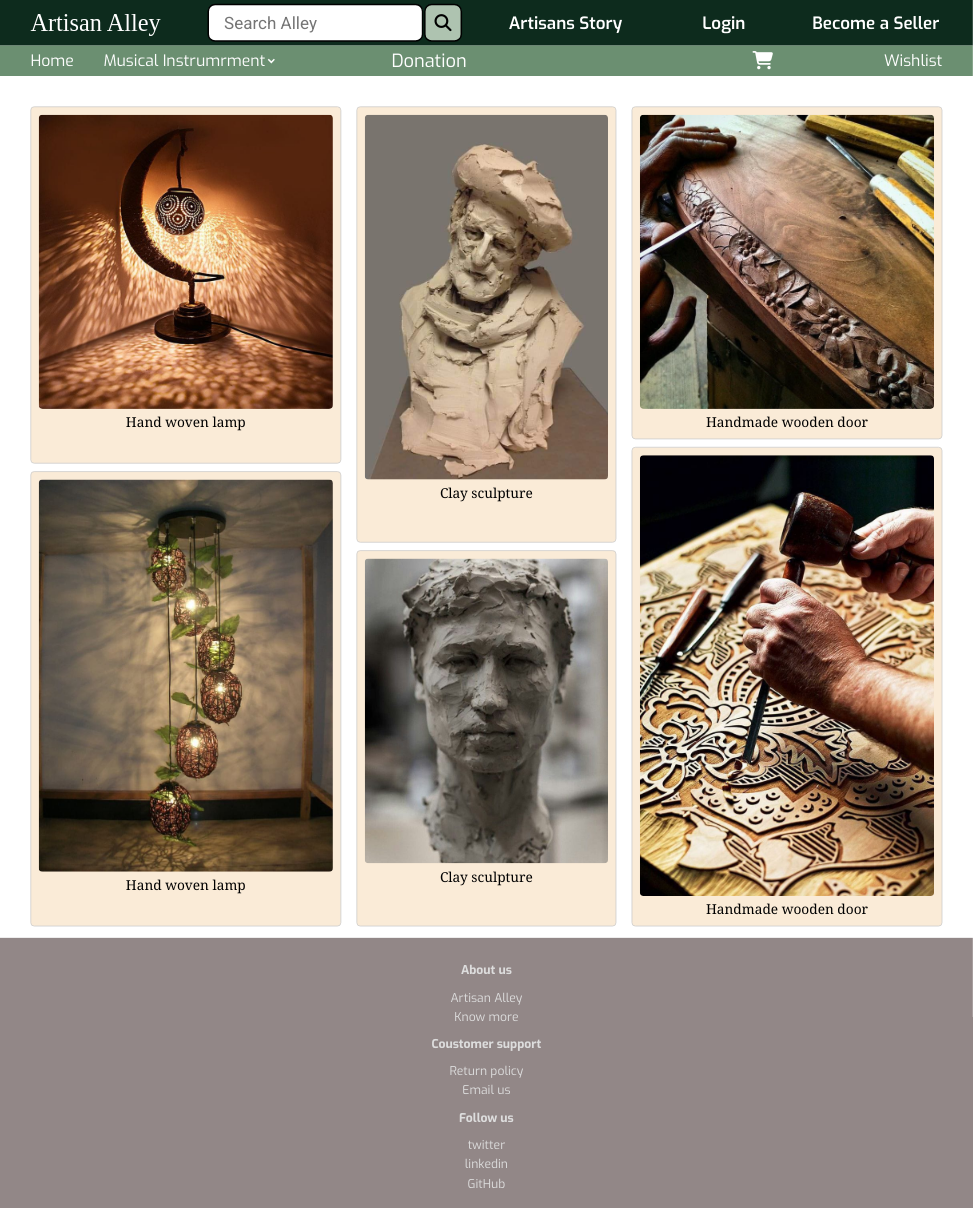
Repository: RingkhangBTY/Bytehacks_Hackathon_Project
Page: index.html
The author's editor kept a copy of each file at every save. The page is drawn from the files as they stood at one save, then again after a run of saves.
The browser window is 1280 px wide. The pictures show the whole page, at 76% of full size.
Some web fonts or font styles are not loaded; a fallback is used.

Above is the page before, as saved 2024-11-27 04:33:31.

After the next 2 saves:
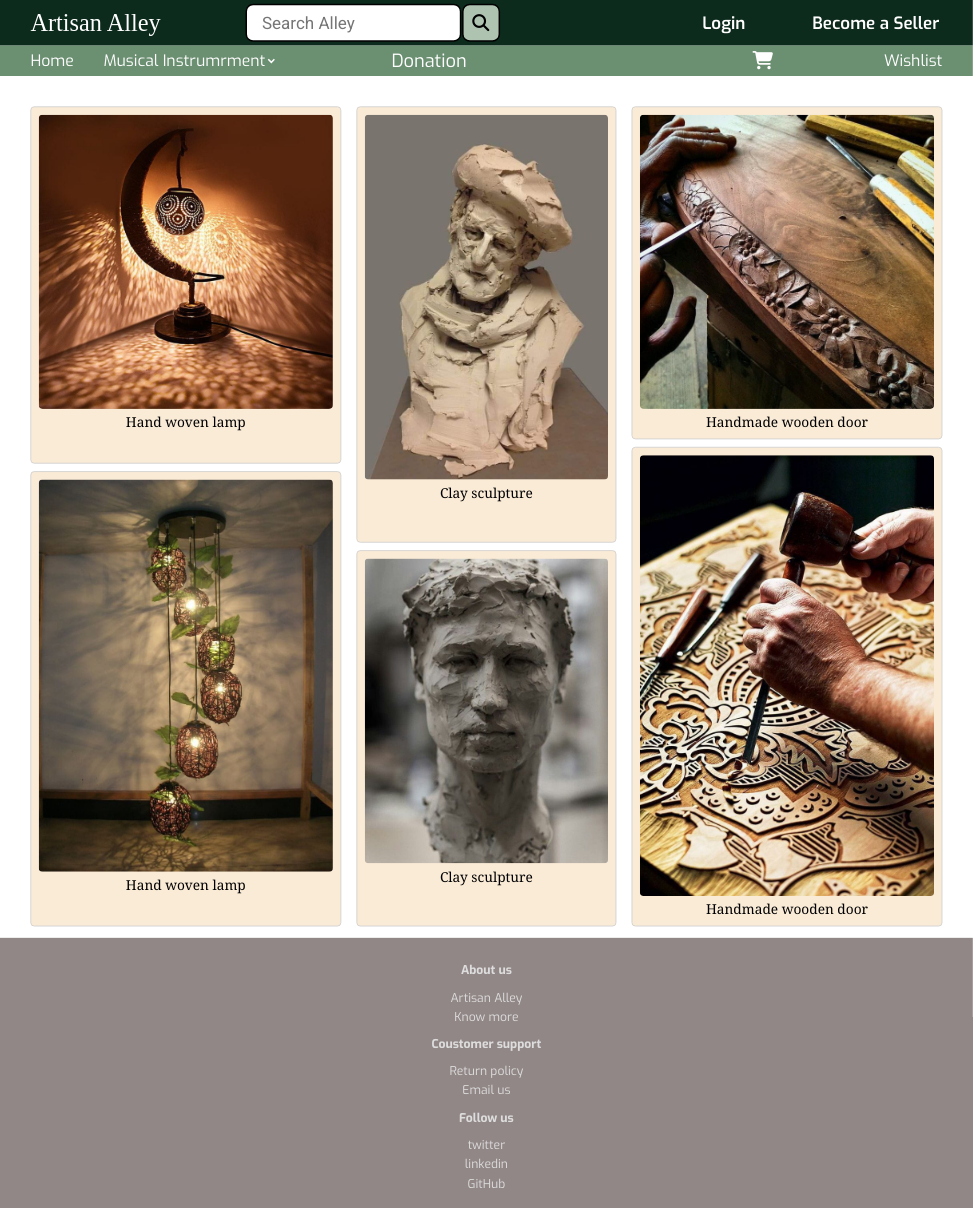
The 2 saves are shown as one change because they came seconds apart.
The last was saved 24 s later.
--- a/index.html
+++ b/index.html
@@ -35,7 +35,9 @@
           </div>
 
           <div class="artisan-story">
-            <div class="story">Artisans Story</div>
+            <div class="story">
+              <a href=""></a>
+            </div>
           </div>
 
           <div class="login-and-seller">
